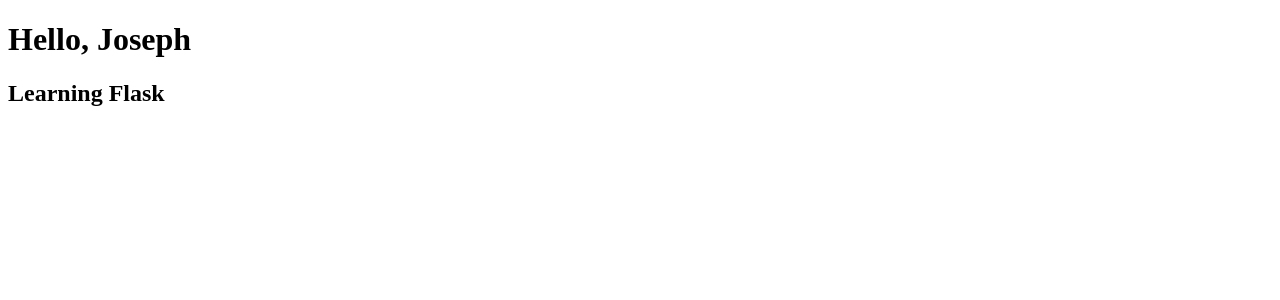
Repository: Mbote-Joseph/Python-Data-Structures
Page: http://localhost/
These files come from the project's save history. The page is drawn as it stood at one moment and after the next save; the edit follows.
The browser window is 1280 px wide. The pictures show the whole page.
The page is served by the project's application, run on Flask 3 (app.py).

Above is the page before, as saved 2025-12-10 21:01:58.

After the next save:
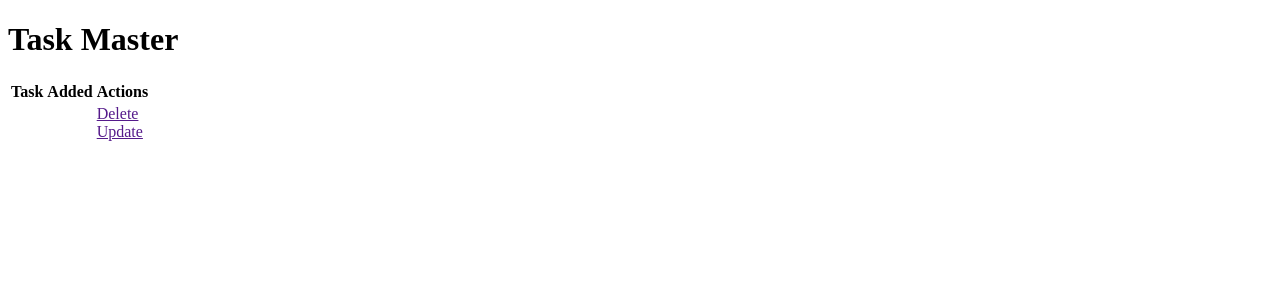
Saved 47 s later.
--- a/Flask/taskmanager/templates/base.html
+++ b/Flask/taskmanager/templates/base.html
@@ -7,7 +7,6 @@
     {% block head %} Flask Tutorial {% endblock %}
 </head>
 <body>
-    <h1>Hello, Joseph</h1>
-    <h2>Learning Flask </h2>
+    {% block body %} {% endblock %}
 </body>
 </html>
